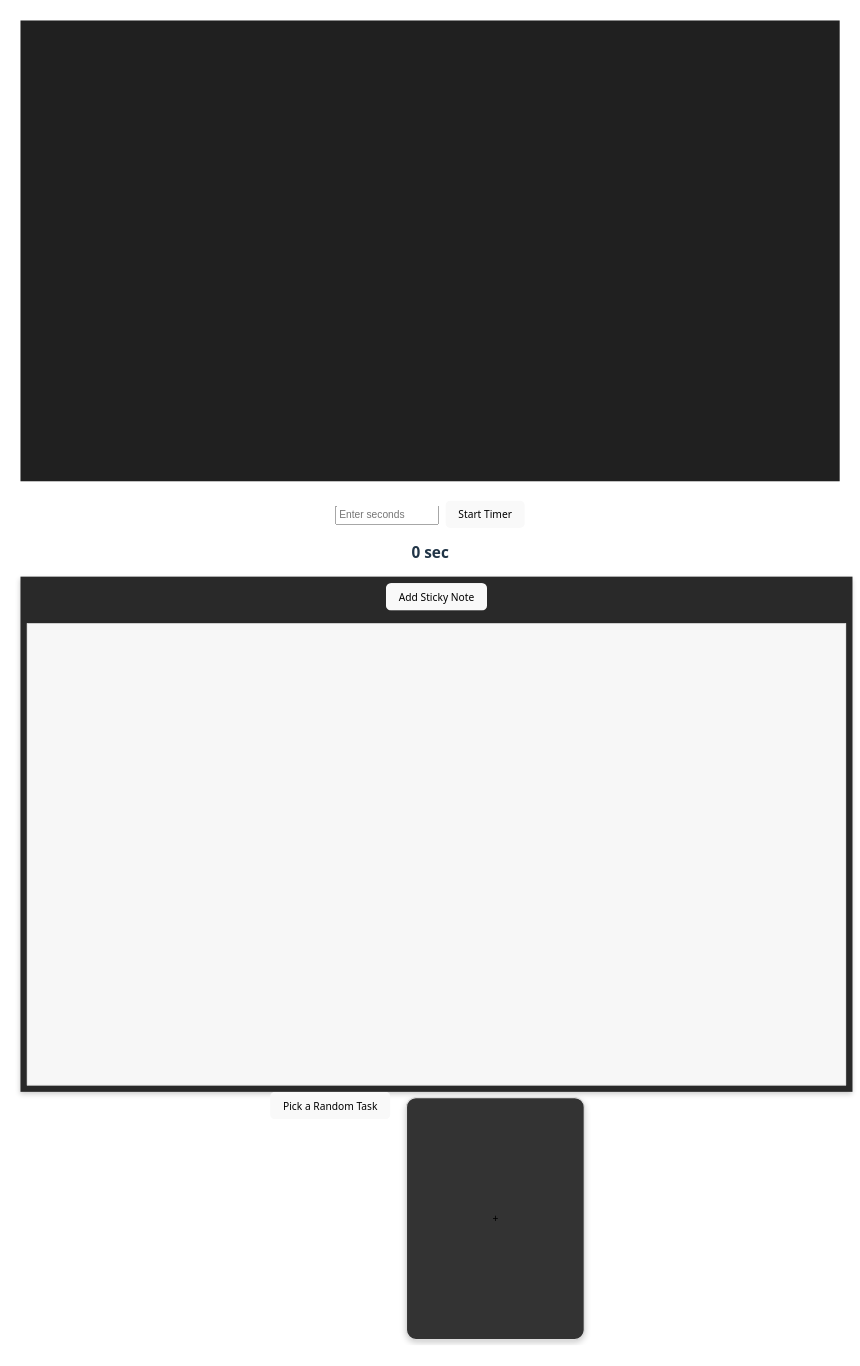
Repository: RamSivaSundaraKarthykeyan/Cards-Task
Page: /
These files come from the project's save history. The page is drawn as it stood at one moment and after a run of saves; the edit follows.
The browser window is 1280 px wide. The page is 1344 px wide, so the pictures cover 1344 px, including what lies to the right of the window. The pictures show the whole page, at 64% of full size.
The project was rebuilt for these pictures with package versions that can differ from the ones it lists, and the page was loaded fresh each time. Also part of the build but not shown: vite.config.js, src/CSS/checkBox.css, src/components/CheckBox.jsx, src/CSS/TaskCard.css, src/components/TaskCard.jsx.

Above is the page before, as saved 2025-04-16 19:40:54.

### index.html
<!doctype html>
<html lang="en">
  <head>
    <meta charset="UTF-8" />
    <link rel="icon" type="image/svg+xml" href="/vite.svg" />
    <meta name="viewport" content="width=device-width, initial-scale=1.0" />
    <title>New To-Do</title>
  </head>
  <body>
    <div id="root"></div>
    <script type="module" src="/src/main.jsx"></script>
  </body>
</html>

### src/main.jsx
import React, { StrictMode } from "react";
import { createRoot } from "react-dom/client";
import "./CSS/index.css";
import App from "./App.jsx";

createRoot(document.getElementById("root")).render(
  <StrictMode>
    <App />
  </StrictMode>
);

### src/App.jsx
import React from "react";
import "./CSS/App.css";
import Deck from "./components/Deck.jsx";
import { TaskCardProvider } from "./context/TaskCardContext.jsx";
import Timer from "./components/Timer.jsx";
import StickyNotes from "./components/StickyNotes.jsx";

function App() {
  return (
    <>
      <div className="app-container"></div>
      <div className="sidebar">
        <Timer />
        <div
          className="sticky-note"
          style={{
            position: "relative",
            width: "100%",
            height: "100%",
            overflow: "hidden",
          }}
        >
          <StickyNotes />
        </div>
      </div>
      <div className="main-content">
        <TaskCardProvider>
          <Deck />
        </TaskCardProvider>
      </div>
    </>
  );
}

export default App;

### src/CSS/App.css
#root {
  max-width: 1280px;
  margin: 0 auto;
  padding: 2rem;
  text-align: center;
}

.logo {
  height: 6em;
  padding: 1.5em;
  will-change: filter;
  transition: filter 300ms;
}
.logo:hover {
  filter: drop-shadow(0 0 2em #646cffaa);
}
.logo.react:hover {
  filter: drop-shadow(0 0 2em #61dafbaa);
}

@keyframes logo-spin {
  from {
    transform: rotate(0deg);
  }
  to {
    transform: rotate(360deg);
  }
}

@media (prefers-reduced-motion: no-preference) {
  a:nth-of-type(2) .logo {
    animation: logo-spin infinite 20s linear;
  }
}

.card {
  padding: 2em;
}

.read-the-docs {
  color: #888;
}

.app-container {
  display: flex;
  flex-direction: row;
  /* Left-to-right layout */
  width: 100vw;
  height: 100vh;
  background-color: #202020;
  /* Same dark background */
}

.main-content {
  flex: 1;
  /* Takes up remaining width */
  position: relative;
  overflow: hidden;
  /* Keep notes within the screen, or remove if you want scroll */
}

.sticky-note {
  position: absolute;
  /* Stays where you place it via top/left */
  width: 200px;
  /* Or any narrower size */
  min-height: 150px;
  background: #292929;
  /* The note’s color */
  padding: 10px;
  box-shadow: 0 4px 8px rgba(0, 0, 0, 0.2);
  cursor: move;
  user-select: none;
}

.sticky-note textarea {
  width: 100%;
  height: 100%;
  background: transparent;
  border: none;
  resize: none;
  outline: none;
  color: #000000;
  font-size: 14px;
}

### src/components/Deck.jsx
import React, { useRef, useEffect } from "react";
import TaskCard from "./TaskCard.jsx";
import { useTaskCardContext } from "../context/TaskCardContext.jsx";
import "../CSS/Deck.css";

function Deck() {
  const {
    taskCards,
    addTaskCard,
    removeTaskCard,
    pickRandomTaskCard,
    selectedTaskId,
  } = useTaskCardContext();

  const inputRef = useRef({});

  const handleAddTaskCard = () => {
    const newId =
      taskCards.length === 0 ? 1 : taskCards[taskCards.length - 1].id + 1;
    addTaskCard({ id: newId });
    inputRef.current[newId] = React.createRef();
  };

  const handlePickRandomTaskCard = () => {
    const randomTaskCard = pickRandomTaskCard();
    if (randomTaskCard) {
      alert(`random Task Card:\nIDl: ${randomTaskCard.id}`);
    } else {
      alert(`No Task Cards Available!`);
    }
  };

  useEffect(() => {
    if (taskCards.length > 0) {
      const lastTaskCard = taskCards[taskCards.length - 1];
      inputRef.current[lastTaskCard.id]?.current?.focus();
    }
  }, [taskCards]);

  return (
    <div
      style={{ display: "flex", flexWrap: "wrap", gap: "16px" }}
      className="deck"
    >
      <button onClick={handlePickRandomTaskCard}> Pick a Random Task </button>
      <button className="task-card-add-button" onClick={handleAddTaskCard}>
        +
      </button>
      {taskCards.map((tc) => (
        <TaskCard
          id={tc.id}
          key={tc.id}
          removeTask={() => removeTaskCard(tc.id)}
          inputRef={inputRef.current[tc.id]}
          isSelected={tc.id === selectedTaskId}
        />
      ))}
    </div>
  );
}

export default Deck;

### src/context/TaskCardContext.jsx
import React, { createContext, useContext, useState } from "react";

const TaskCardContext = createContext();

export function TaskCardProvider({ children }) {
  const [taskCards, setTaskCards] = useState([]);
  const [selectedTaskId, setSelectedTaskId] = useState(null);

  const addTaskCard = (taskCard) => setTaskCards((prev) => [...prev, taskCard]);
  const removeTaskCard = (id) =>
    setTaskCards((prev) => prev.filter((tc) => tc.id !== id));

  const pickRandomTaskCard = () => {
    if (taskCards.length === 0) return null;
    const randomIndex = Math.floor(Math.random() * taskCards.length);
    const randomCard = taskCards[randomIndex];
    setSelectedTaskId(randomCard.id);
    return randomCard;
  };

  return (
    // any component that consumes this context will have access to these value objects
    <TaskCardContext.Provider
      value={{
        taskCards,
        addTaskCard,
        removeTaskCard,
        pickRandomTaskCard,
        selectedTaskId,
      }}
    >
      {children}
    </TaskCardContext.Provider>
  );
}

export function useTaskCardContext() {
  return useContext(TaskCardContext);
}

### src/components/Timer.jsx
import React, { useState, useEffect, useRef } from "react";

function Timer() {
  // State to hold the remaining time (in seconds)
  const [time, setTime] = useState(0);
  // State to store the input value from the user
  const [inputValue, setInputValue] = useState("");
  // State to indicate if the timer is running
  const [isRunning, setIsRunning] = useState(false);

  // Ref to store the timer id from setTimeout so it can be cleared if needed
  const timerRef = useRef(null);
  // Ref to store the audio element so we can trigger playback
  const audioRef = useRef(null);

  // useEffect to handle the countdown
  useEffect(() => {
    // If the timer is running and time is not zero, schedule a timeout to decrease time by one second.
    if (isRunning && time > 0) {
      timerRef.current = setTimeout(() => {
        setTime(time - 1);
      }, 1000);
    }
    // When the time reaches zero while the timer is running, play the sound and stop the timer.
    else if (isRunning && time === 0) {
      // Play the sound if the audio element is ready
      if (audioRef.current) {
        audioRef.current.play();
      }
      setIsRunning(false);
    }
    // Cleanup function to clear the timeout if the component re-renders or unmounts.
    return () => clearTimeout(timerRef.current);
  }, [isRunning, time]);

  // Function to start the timer based on the user input
  const startTimer = () => {
    // Convert the input value to an integer (assuming the input is in seconds)
    const seconds = parseInt(inputValue, 10);
    if (!isNaN(seconds) && seconds > 0) {
      setTime(seconds);
      setIsRunning(true);
    }
  };

  return (
    <div style={{ textAlign: "center", marginTop: "30px" }}>
      <input
        type="number"
        value={inputValue}
        onChange={(e) => setInputValue(e.target.value)}
        placeholder="Enter seconds"
        style={{ fontSize: "16px", padding: "4px", width: "150px" }}
      />
      <button
        onClick={startTimer}
        style={{ marginLeft: "10px", fontSize: "16px" }}
      >
        Start Timer
      </button>
      <h2 style={{ marginTop: "20px" }}>{time} sec</h2>
      {/* Audio element plays sound when time is up. Ensure sound.mp3 is available in your public folder or change the src to a valid URL */}
      <audio ref={audioRef}>
        <source src="/alarm.mp3" type="audio/mpeg" />
        Your browser does not support the audio element.
      </audio>
    </div>
  );
}

export default Timer;

### src/components/StickyNotes.jsx
import React, { useState, useEffect } from "react";

function StickyNotes() {
  const [notes, setNotes] = useState([]);
  const [draggingId, setDraggingId] = useState(null);
  const [offset, setOffset] = useState({ x: 0, y: 0 });

  const addNote = () => {
    const newNote = {
      id: Date.now(),
      content: "",
      x: 50,
      y: 50,
    };
    setNotes([...notes, newNote]);
  };

  const handleMouseDown = (e, id) => {
    const note = notes.find((n) => n.id === id);
    if (note) {
      setDraggingId(id);
      setOffset({
        x: e.clientX - note.x,
        y: e.clientY - note.y,
      });
    }
  };

  useEffect(() => {
    const handleMouseMove = (e) => {
      if (draggingId !== null) {
        setNotes((prevNotes) =>
          prevNotes.map((note) =>
            note.id === draggingId
              ? { ...note, x: e.clientX - offset.x, y: e.clientY - offset.y }
              : note
          )
        );
      }
    };

    const handleMouseUp = () => {
      setDraggingId(null);
    };

    if (draggingId !== null) {
      document.addEventListener("mousemove", handleMouseMove);
      document.addEventListener("mouseup", handleMouseUp);
    }

    return () => {
      document.removeEventListener("mousemove", handleMouseMove);
      document.removeEventListener("mouseup", handleMouseDown);
    };
  }, [draggingId, offset]);

  const updateContent = (id, content) => {
    setNotes((prevNotes) =>
      prevNotes.map((note) => (note.id === id ? { ...note, content } : note))
    );
  };

  return (
    <div>
      <button onClick={addNote} style={{ marginBottom: "20px" }}>
        Add Sticky Note
      </button>
      <div
        style={{
          position: "relative",
          height: "100vh",
          border: "1px solid #ddd",
          background: "#f7f7f7",
        }}
      >
        {notes.map((note) => (
          <div
            key={note.id}
            onMouseDown={(e) => handleMouseDown(e, note.id)}
            style={{
              position: "absolute",
              top: note.y,
              left: note.x,
              width: "200px",
              minHeight: "150px",
              background: "yellow",
              padding: "10px",
              cursor: "move",
              boxShadow: "0 4px 8px rgba(0,0,0,0.2)",
              userSelect: "none",
            }}
          >
            <textarea
              value={note.content}
              onChange={(e) => updateContent(note.id, e.target.value)}
              placeholder="Enter your note"
              style={{
                width: "100%",
                height: "100%",
                background: "transparent",
                border: "none",
                resize: "none",
                outline: "none",
                color: "black",
              }}
            />
          </div>
        ))}
      </div>
    </div>
  );
}

export default StickyNotes;

### src/CSS/Deck.css
.task-card-add-button {
    width: 280px;
    height: 380px;
    margin: 8px;
    display: flex;
    justify-content: center;
    align-items: center;
    border: 2px solid #ddd;
    border-radius: 16px;
    background: #333;
    box-shadow: 0 4px 10px rgba(0, 0, 0, 0.2);
    cursor: pointer;
    box-sizing: border-box;
    /* Ensures uniform size */
}

.task-card-add-button:hover {
    transform: scale(1.05);
    box-shadow: 0 6px 12px rgba(0, 0, 0, 0.2);
}

.deck {
    display: flex;
    flex-wrap: wrap;
    gap: 16px;
    justify-content: center;
    align-items: flex-start;
}

Loaded but not shown: src/index.css (common file)

After the next 2 saves:
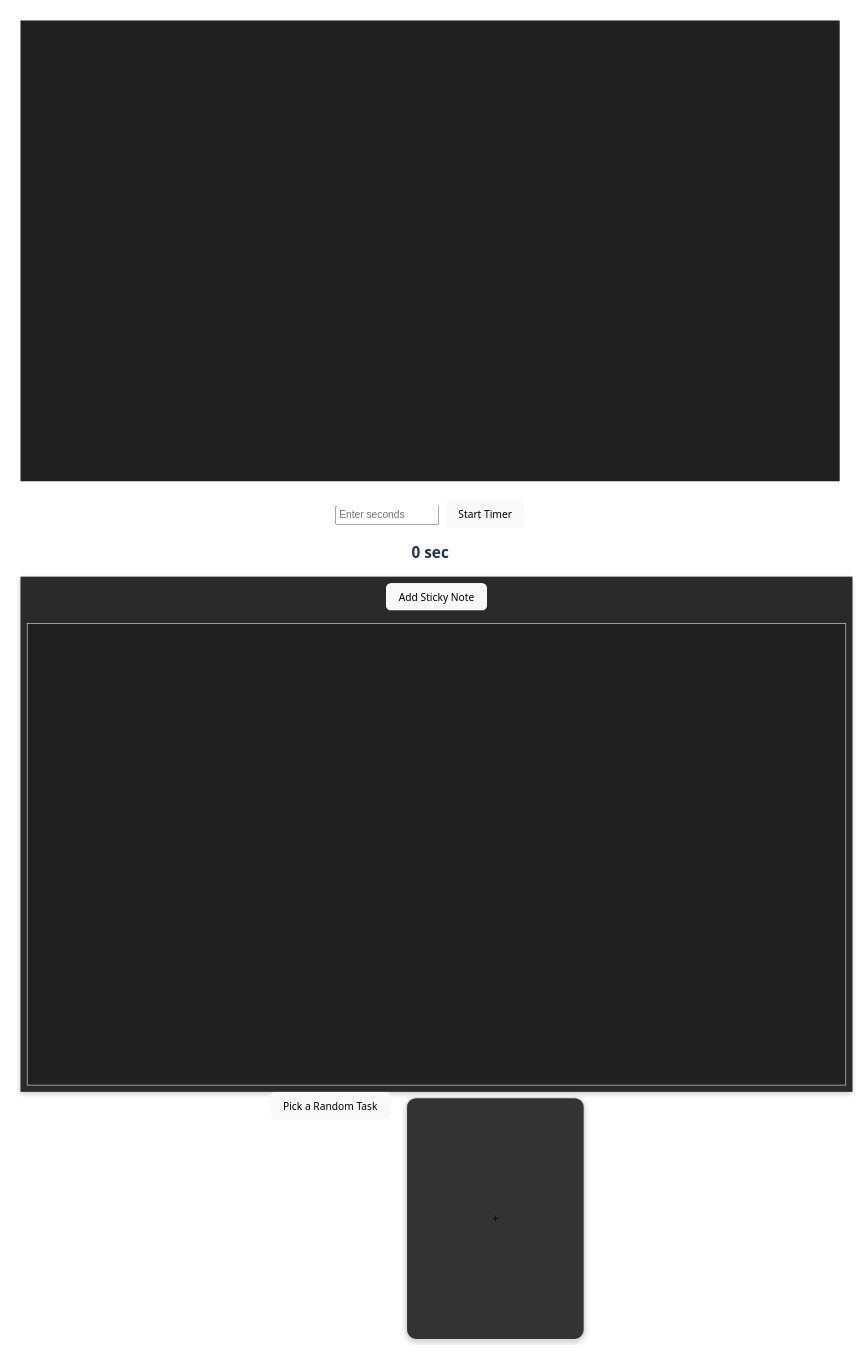
The 2 saves are shown as one change because 1 did not build or start.
The last was saved 44 s later.
--- a/src/components/StickyNotes.jsx
+++ b/src/components/StickyNotes.jsx
@@ -70,7 +70,7 @@ function StickyNotes() {
           position: "relative",
           height: "100vh",
           border: "1px solid #ddd",
-          background: "#f7f7f7",
+          background: "#202020",
         }}
       >
         {notes.map((note) => (
